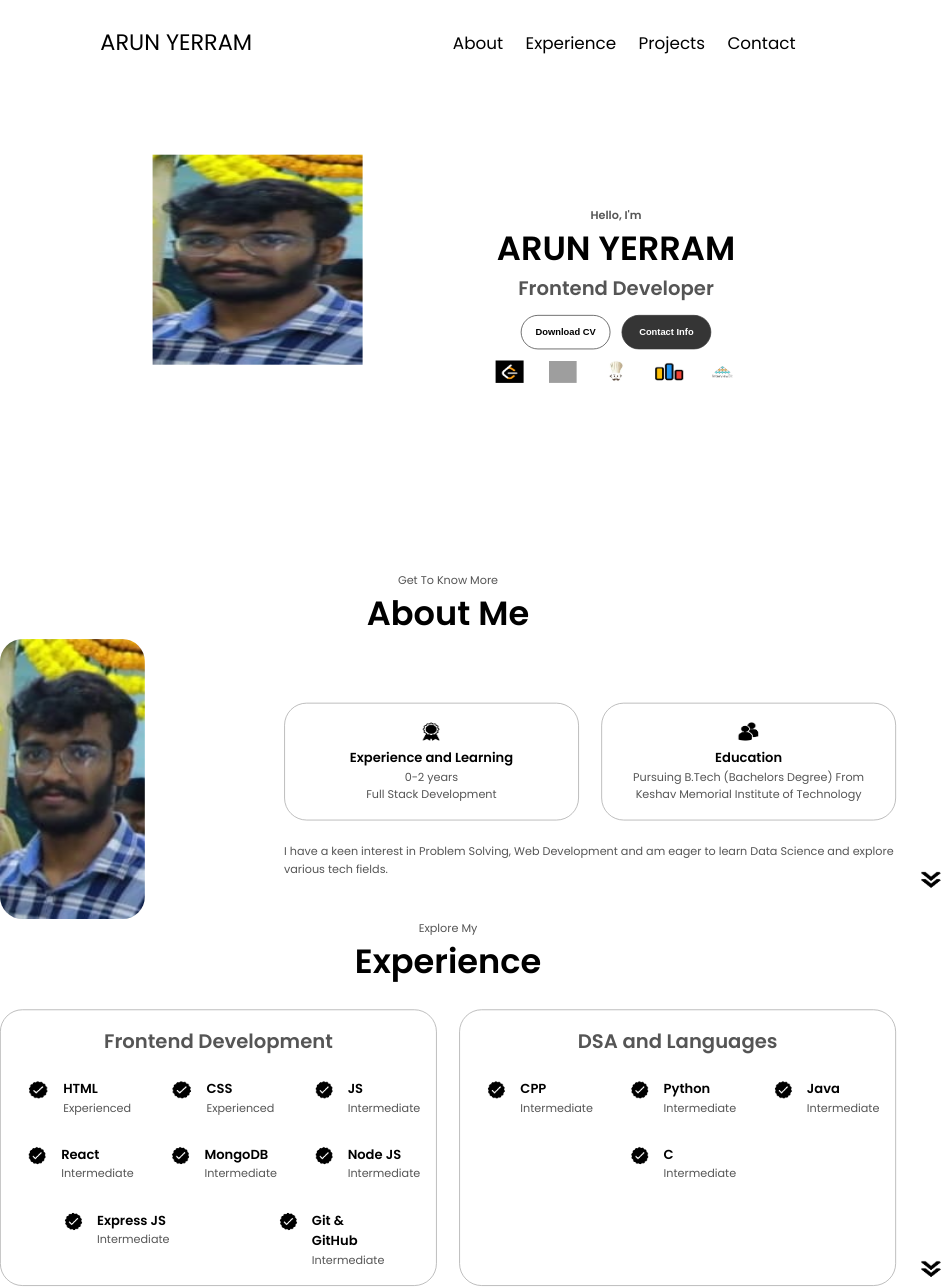
Repository: ARUN-YERRAM/ARUN-YERRAM-PORTFOLIO
Page: portfolio/index.html
These files come from the project's save history. The page is drawn as it stood at one moment and after the next save; the edit follows.
The browser window is 1280 px wide. The page is 1350 px wide, then 1360 px, so the pictures cover 1360 px, including what lies to the right of the window. The pictures show the part of the page from y = 0 to 1840 px (the page is 3158 px tall before and 3129 px after), at 70% of full size.
Pictures or frames that could not be fetched are drawn as grey boxes.

Above is the page before, as saved 2024-07-07 04:40:46.

### portfolio/index.html
<!DOCTYPE html>
<html lang="en">
<head>
  <meta charset="UTF-8" />
  <meta http-equiv="X-UA-Compatible" content="IE=edge" />
  <meta name="viewport" content="width=device-width, initial-scale=1.0" />
  <title>My Portfolio</title>
  <link rel="stylesheet" href="style.css" />
  <link rel="stylesheet" href="mediaqueries.css" />
</head>
<body>
  <nav id="desktop-nav">
    <div class="logo">ARUN YERRAM</div>
    <div>
      <ul class="nav-links">
        <li><a href="#about">About</a></li>
        <li><a href="#experience">Experience</a></li>
        <li><a href="#projects">Projects</a></li>
        <li><a href="#contact">Contact</a></li>
      </ul>
    </div>
  </nav>
  <nav id="hamburger-nav">
    <div class="logo">ARUN YERRAM</div>
    <div class="hamburger-menu">
      <div class="hamburger-icon" onclick="toggleMenu()">
        <span></span>
        <span></span>
        <span></span>
      </div>
      <div class="menu-links">
        <li><a href="#about" onclick="toggleMenu()">About</a></li>
        <li><a href="#experience" onclick="toggleMenu()">Experience</a></li>
        <li><a href="#projects" onclick="toggleMenu()">Projects</a></li>
        <li><a href="#contact" onclick="toggleMenu()">Contact</a></li>
      </div>
    </div>
  </nav>
  <section id="profile">
    <div class="section__pic-container">
      <img src="./assets/Photo1.jpg" alt="John Doe profile picture" width="300px" height="300px" />
    </div>
    <div class="section__text">
      <p class="section__text__p1">Hello, I'm</p>
      <h1 class="title">ARUN YERRAM</h1>
      <p class="section__text__p2">Frontend Developer</p>
      <div class="btn-container">
        <button class="btn btn-color-2" onclick="window.open('./assets/My_Resume.pdf')">Download CV</button>
        <button class="btn btn-color-1" onclick="location.href='./#contact'">Contact Info</button>
      </div>
      <div id="socials-container">
        <img src="./assets/leetcode.png" alt="My Leetcode profile" class="icon" onclick="window.open('https://leetcode.com/u/arun_2005/', '_blank')" />
        <img src="./assets/GFG.jpeg" alt="My GFG profile" class="icon" onclick="window.open('https://www.geeksforgeeks.org/user/arunyerram/?utm_source=geeksforgeeks&utm_medium=my_profile&utm_campaign=auth_user', '_blank')" />
        <img src="./assets/CodeChef.jpeg" alt="My CodeChef profile" class="icon" onclick="window.open('https://www.codechef.com/users/yarun2k05', '_blank')" />
        <img src="./assets/Codeforces.png" alt="My CodeForces profile" class="icon" onclick="window.open('https://codeforces.com/profile/Arunyerram_12', '_blank')" />
        <img src="./assets/IB.png" alt="My InterviewBit profile" class="icon" onclick="window.open('https://www.interviewbit.com/profile/yerram-arun/', '_blank')" />
      </div>
    </div>
  </section>
  <section id="about">
    <p class="section__text__p1">Get To Know More</p>
    <h1 class="title">About Me</h1>
    <div class="section-container">
      <div class="section__pic-container">
        <img src="./assets/Photo1.jpg" alt="Profile picture" class="about-pic" />
      </div>
      <div class="about-details-container">
        <div class="about-containers">
          <div class="details-container">
            <img src="./assets/experience.png" alt="Experience icon" class="icon" />
            <h3>Experience and Learning</h3>
            <p>0-2 years <br />Full Stack Development</p>
          </div>
          <div class="details-container">
            <img src="./assets/education.png" alt="Education icon" class="icon" />
            <h3>Education</h3>
            <p>Pursuing B.Tech (Bachelors Degree) From Keshav Memorial Institute of Technology <br /></p>
          </div>
        </div>
        <div class="text-container">
          <p>I have a keen interest in Problem Solving, Web Development and am eager to learn Data Science and explore various tech fields.</p>
        </div>
      </div>
    </div>
    <img src="./assets/arrow.png" alt="Arrow icon" class="icon arrow" onclick="location.href='./#experience'" />
  </section>
  <section id="experience">
    <p class="section__text__p1">Explore My</p>
    <h1 class="title">Experience</h1>
    <div class="experience-details-container">
      <div class="about-containers">
        <div class="details-container">
          <h2 class="experience-sub-title">Frontend Development</h2>
          <div class="article-container">
            <article>
              <img src="./assets/checkmark.png" alt="Experience icon" class="icon" />
              <div>
                <h3>HTML</h3>
                <p>Experienced</p>
              </div>
            </article>

            <article>
              <img src="./assets/checkmark.png" alt="Experience icon" class="icon" />
              <div>
                <h3>CSS</h3>
                <p>Experienced</p>
              </div>
            </article>

            <article>
              <img src="./assets/checkmark.png" alt="Experience icon" class="icon" />
              <div>
                <h3>JS</h3>
                <p>Intermediate</p>
              </div>
            </article>

            <article>
              <img src="./assets/checkmark.png" alt="Experience icon" class="icon" />
              <div>
                <h3>React</h3>
                <p>Intermediate</p>
              </div>
            </article>

            <article>
              <img src="./assets/checkmark.png" alt="Experience icon" class="icon" />
              <div>
                <h3>MongoDB</h3>
                <p>Intermediate</p>
              </div>
            </article>

            <article>
              <img src="./assets/checkmark.png" alt="Experience icon" class="icon" />
              <div>
                <h3>Node JS</h3>
                <p>Intermediate</p>
              </div>
            </article>

            <article>
              <img src="./assets/checkmark.png" alt="Experience icon" class="icon" />
              <div>
                <h3>Express JS</h3>
                <p>Intermediate</p>
              </div>
            </article>

            <article>
              <img src="./assets/checkmark.png" alt="Experience icon" class="icon" />
              <div>
                <h3>Git & GitHub</h3>
                <p>Intermediate</p>
              </div>
            </article>

          </div>
        </div>
        <div class="details-container">
          <h2 class="experience-sub-title">DSA and Languages</h2>
          <div class="article-container">
            <article>
              <img src="./assets/checkmark.png" alt="Experience icon" class="icon" />
              <div>
                <h3>CPP</h3>
                <p>Intermediate</p>
              </div>
            </article>
            <article>
              <img src="./assets/checkmark.png" alt="Experience icon" class="icon" />
              <div>
                <h3>Python</h3>
                <p>Intermediate</p>
              </div>
            </article>

            <article>
              <img src="./assets/checkmark.png" alt="Experience icon" class="icon" />
              <div>
                <h3>Java</h3>
                <p>Intermediate</p>
              </div>
            </article>

            <article>
              <img src="./assets/checkmark.png" alt="Experience icon" class="icon" />
              <div>
                <h3>C</h3>
                <p>Intermediate</p>
              </div>
            </article>
          </div>
        </div>
      </div>
    </div>
    <img src="./assets/arrow.png" alt="Arrow icon" class="icon arrow" onclick="location.href='./#projects'" />
  </section>
  <section id="projects">
    <p class="section__text__p1">Browse My Recent</p>
    <h1 class="title">Projects</h1>
    <div class="experience-details-container">
      <div class="about-containers">
        <div class="details-container color-container">
          <div class="article-container">
            <img src="./assets/P1.png" alt="Project 1" class="project-img" />
          </div>
          <h2 class="experience-sub-title project-title">NYAAYSAHAAYAK</h2>
          <div class="btn-container">
            <button class="btn btn-color-2 project-btn" onclick="location.href='https://github.com/ARUN-YERRAM/NYAAYSAHAAYAK'">GitHub</button>
            <button class="btn btn-color-2 project-btn" onclick="location.href=''">Live Demo</button>
          </div>
        </div>
        <div class="details-container color-container">
          <div class="article-container">
            <img src="./assets/project-2.png" alt="Project 2" class="project-img" />
          </div>
          <h2 class="experience-sub-title project-title">LecturesCheck</h2>
          <div class="btn-container">
            <button class="btn btn-color-2 project-btn" onclick="location.href='https://github.com/ARUN-YERRAM/LecturesCheck'">GitHub</button>
            <button class="btn btn-color-2 project-btn" onclick="location.href=''">Live Demo</button>
          </div>
        </div>
      </div>
    </div>
    <img src="./assets/arrow.png" alt="Arrow icon" class="icon arrow" onclick="location.href='./#contact'" />
  </section>
  <section id="contact">
    <p class="section__text__p1">Get in Touch</p>
    <h1 class="title">Contact Me</h1>
    <div class="contact-info-upper-container">
      <div class="contact-info-container">
        <img src="./assets/email.png" alt="Email icon" class="icon contact-icon email-icon" />
        <p><a href="mailto:arunyerram12022005@gmail.com">arunyerram12022005@gmail.com</a></p>
      </div>
      <div class="contact-info-container">
        <img src="./assets/linkedin.png" alt="LinkedIn icon" class="icon contact-icon" />
        <p><a href="https://www.linkedin.com/in/arun-yerram/">LinkedIn</a></p>
      </div>
    </div>
  </section>
  <footer>
    <nav>
      <div class="nav-links-container">
        <ul class="nav-links">
          <li><a href="#about">About</a></li>
          <li><a href="#experience">Experience</a></li>
          <li><a href="#projects">Projects</a></li>
          <li><a href="#contact">Contact</a></li>
        </ul>
      </div>
    </nav>
    <p>Copyright &#169; 2024 Arun Yerram. All Rights Reserved.</p>
  </footer>
  <script src="script.js"></script>
</body>
</html>

### portfolio/style.css
/* GENERAL */

@import url("https://fonts.googleapis.com/css2?family=Poppins:wght@300;400;500;600&display=swap");

* {
  margin: 0;
  padding: 0;
}

body {
  font-family: "Poppins", sans-serif;
}

html {
  scroll-behavior: smooth;
}

p {
  color: rgb(85, 85, 85);
}

/* TRANSITION */

a,
.btn {
  transition: all 300ms ease;
}


/* DESKTOP NAV */

nav,
.nav-links {
  display: flex;
}

nav {
  justify-content: space-around;
  align-items: center;
  height: 17vh;
}

.nav-links {
  gap: 2rem;
  list-style: none;
  font-size: 1.5rem;
}

a {
  color: black;
  text-decoration: none;
  text-decoration-color: white;
}

a:hover {
  color: grey;
  text-decoration: underline;
  text-underline-offset: 1rem;
  text-decoration-color: rgb(181, 181, 181);
}

.logo {
  font-size: 2rem;
}

.logo:hover {
  cursor: default;
}

/* HAMBURGER MENU */

#hamburger-nav {
  display: none;
}

.hamburger-menu {
  position: relative;
  display: inline-block;
}

.hamburger-icon {
  display: flex;
  flex-direction: column;
  justify-content: space-between;
  height: 24px;
  width: 30px;
  cursor: pointer;
}

.hamburger-icon span {
  width: 100%;
  height: 2px;
  background-color: black;
  transition: all 0.3 ease-in-out;
}

.menu-links {
  position: absolute;
  top: 100%;
  right: 0;
  background-color: white;
  width: fit-content;
  max-height: 0;
  overflow: hidden;
  transition: all 0.3 ease-in-out;
}

.menu-links a {
  display: block;
  padding: 10px;
  text-align: center;
  font-size: 1.5rem;
  color: black;
  text-decoration: none;
  transition: all 0.3 ease-in-out;
}

.menu-links li {
  list-style: none;
}

.menu-links.open {
  max-height: 300px;
}

.hamburger-icon.open span:first-child {
  transform: rotate(45deg) translate(10px, 5px);
}

.hamburger-icon.open span:nth-child(2) {
  opacity: 0;
}

.hamburger-icon.open span:last-child {
  transform: rotate(-45deg) translate(10px, -5px);
}

.hamburger-icon span:first-child {
  transform: none;
}

.hamburger-icon span:first-child {
  opacity: 1;
}

.hamburger-icon span:first-child {
  transform: none;
}


.icon {
  width: 40px;
  height: 40px;
  margin: 0 10px;
  cursor: pointer;
}

#socials-container {
  display: flex;
  align-items: center;
  justify-content: center;
  margin-top: 20px;
}
'.icon {
  width: 40px;
  height: 40px;
  margin: 0 10px;
  cursor: pointer;
}

#socials-container {
  display: flex;
  align-items: center;
  justify-content: center;
  margin-top: 20px;
}
'

/* SECTIONS */

section {
  padding-top: 4vh;
  height: 96vh;
  margin: 0 10rem;
  box-sizing: border-box;
  min-height: fit-content;
}

.section-container {
  display: flex;
}

/* PROFILE SECTION */

#profile {
  display: flex;
  justify-content: center;
  gap: 5rem;
  height: 80vh;
}

.section__pic-container {
  display: flex;
  height: 400px;
  width: 400px;
  margin: auto 0;
}

.section__text {
  align-self: center;
  text-align: center;
}

.section__text p {
  font-weight: 600;
}

.section__text__p1 {
  text-align: center;
}

.section__text__p2 {
  font-size: 1.75rem;
  margin-bottom: 1rem;
}

.title {
  font-size: 3rem;
  text-align: center;
}

#socials-container {
  display: flex;
  justify-content: center;
  margin-top: 1rem;
  gap: 1rem;
}

/* ICONS */

.icon {
  cursor: pointer;
  height: 2rem;
}

/* BUTTONS */

.btn-container {
  display: flex;
  justify-content: center;
  gap: 1rem;
}

.btn {
  font-weight: 600;
  transition: all 300ms ease;
  padding: 1rem;
  width: 8rem;
  border-radius: 2rem;
}

.btn-color-1,
.btn-color-2 {
  border: rgb(53, 53, 53) 0.1rem solid;
}

.btn-color-1:hover,
.btn-color-2:hover {
  cursor: pointer;
}

.btn-color-1,
.btn-color-2:hover {
  background: rgb(53, 53, 53);
  color: white;
}

.btn-color-1:hover {
  background: rgb(0, 0, 0);
}

.btn-color-2 {
  background: none;
}

.btn-color-2:hover {
  border: rgb(255, 255, 255) 0.1rem solid;
}

.btn-container {
  gap: 1rem;
}

/* ABOUT SECTION */

#about {
  position: relative;
}

.about-containers {
  gap: 2rem;
  margin-bottom: 2rem;
  margin-top: 2rem;
}

.about-details-container {
  justify-content: center;
  flex-direction: column;
}

.about-containers,
.about-details-container {
  display: flex;
}

.about-pic {
  border-radius: 2rem;
}

.arrow {
  position: absolute;
  right: -5rem;
  bottom: 2.5rem;
}

.details-container {
  padding: 1.5rem;
  flex: 1;
  background: white;
  border-radius: 2rem;
  border: rgb(53, 53, 53) 0.1rem solid;
  border-color: rgb(163, 163, 163);
  text-align: center;
}

.section-container {
  gap: 4rem;
  height: 80%;
}

.section__pic-container {
  height: 400px;
  width: 400px;
  margin: auto 0;
}

/* EXPERIENCE SECTION */

#experience {
  position: relative;
}

.experience-sub-title {
  color: rgb(85, 85, 85);
  font-weight: 600;
  font-size: 1.75rem;
  margin-bottom: 2rem;
}

.experience-details-container {
  display: flex;
  justify-content: center;
  flex-direction: column;
}

.article-container {
  display: flex;
  text-align: initial;
  flex-wrap: wrap;
  flex-direction: row;
  gap: 2.5rem;
  justify-content: space-around;
}

article {
  display: flex;
  width: 10rem;
  justify-content: space-around;
  gap: 0.5rem;
}

article .icon {
  cursor: default;
}

/* PROJECTS SECTION */

#projects {
  position: relative;
}

.color-container {
  border-color: rgb(163, 163, 163);
  background: rgb(250, 250, 250);
}

.project-img {
  border-radius: 2rem;
  width: 90%;
  height: 90%;
}

.project-title {
  margin: 1rem;
  color: black;
}

.project-btn {
  color: black;
  border-color: rgb(163, 163, 163);
}

/* CONTACT */

#contact {
  display: flex;
  justify-content: center;
  flex-direction: column;
  height: 70vh;
}

.contact-info-upper-container {
  display: flex;
  justify-content: center;
  border-radius: 2rem;
  border: rgb(53, 53, 53) 0.1rem solid;
  border-color: rgb(163, 163, 163);
  background: (250, 250, 250);
  margin: 2rem auto;
  padding: 0.5rem;
}

.contact-info-container {
  display: flex;
  align-items: center;
  justify-content: center;
  gap: 0.5rem;
  margin: 1rem;
}

.contact-info-container p {
  font-size: larger;
}

.contact-icon {
  cursor: default;
}

.email-icon {
  height: 2.5rem;
}

/* FOOTER SECTION */

footer {
  height: 26vh;
  margin: 0 1rem;
}

footer p {
  text-align: center;
}

### portfolio/mediaqueries.css
@media screen and (max-width: 1400px) {
  #profile {
    height: 83vh;
    margin-bottom: 6rem;
  }
  .about-containers {
    flex-wrap: wrap;
  }
  #contact,
  #projects {
    height: fit-content;
  }
}

@media screen and (max-width: 1200px) {
  #desktop-nav {
    display: none;
  }
  #hamburger-nav {
    display: flex;
  }
  #experience,
  .experience-details-container {
    margin-top: 2rem;
  }
  #profile,
  .section-container {
    display: block;
  }
  .arrow {
    display: none;
  }
  section,
  .section-container {
    height: fit-content;
  }
  section {
    margin: 0 5%;
  }
  .section__pic-container {
    width: 275px;
    height: 275px;
    margin: 0 auto 2rem;
  }
  .about-containers {
    margin-top: 0;
  }
}

@media screen and (max-width: 600px) {
  #contact,
  footer {
    height: 40vh;
  }
  #profile {
    height: 83vh;
    margin-bottom: 0;
  }
  article {
    font-size: 1rem;
  }
  footer nav {
    height: fit-content;
    margin-bottom: 2rem;
  }
  .about-containers,
  .contact-info-upper-container,
  .btn-container {
    flex-wrap: wrap;
  }
  .contact-info-container {
    margin: 0;
  }
  .contact-info-container p,
  .nav-links li a {
    font-size: 1rem;
  }
  .experience-sub-title {
    font-size: 1.25rem;
  }
  .logo {
    font-size: 1.5rem;
  }
  .nav-links {
    flex-direction: column;
    gap: 0.5rem;
    text-align: center;
  }
  .section__pic-container {
    width: auto;
    height: 46vw;
    justify-content: center;
  }
  .section__text__p2 {
    font-size: 1.25rem;
  }
  .title {
    font-size: 2rem;
  }
  .text-container {
    text-align: justify;
  }
}

Loaded but not shown: portfolio/script.js (common file)

After the next save:
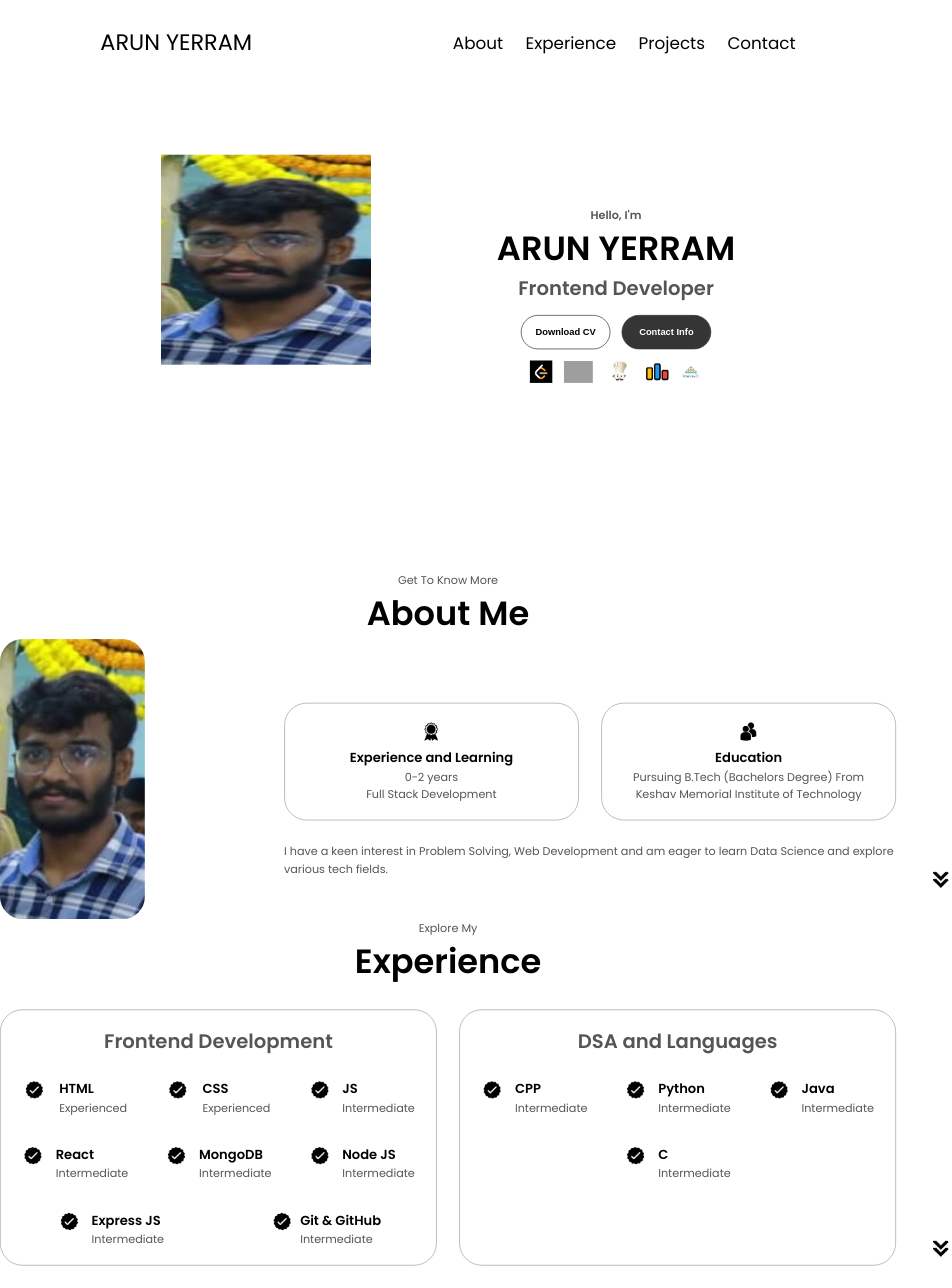
Saved 5 s later.
--- a/portfolio/style.css
+++ b/portfolio/style.css
@@ -148,19 +148,6 @@
 }
 
 
-.icon {
-  width: 40px;
-  height: 40px;
-  margin: 0 10px;
-  cursor: pointer;
-}
-
-#socials-container {
-  display: flex;
-  align-items: center;
-  justify-content: center;
-  margin-top: 20px;
-}
 '.icon {
   width: 40px;
   height: 40px;
